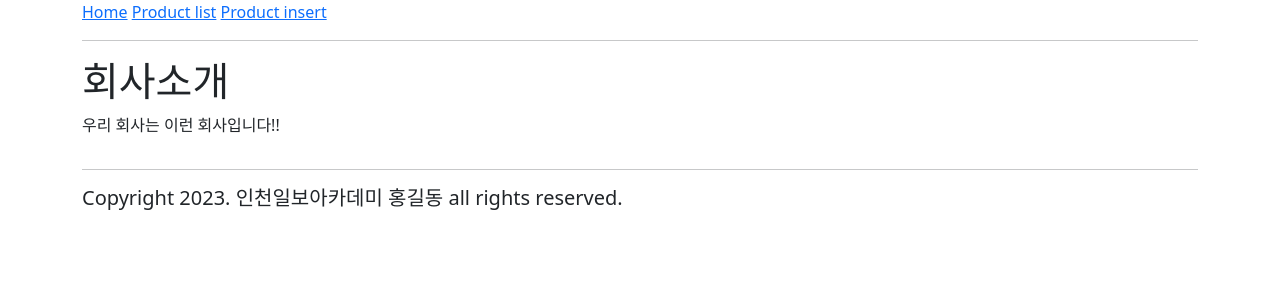
Repository: gwangso/web
Page: http://localhost/ex02/
The author's editor kept a copy of each file at every save. The page is drawn from the files as they stood at one save, then again after the next save.
The browser window is 1280 px wide. The pictures show the whole page.
The page is served by Tomcat 9.

Above is the page before, as saved 2023-07-25 00:42:01.

After the next save:
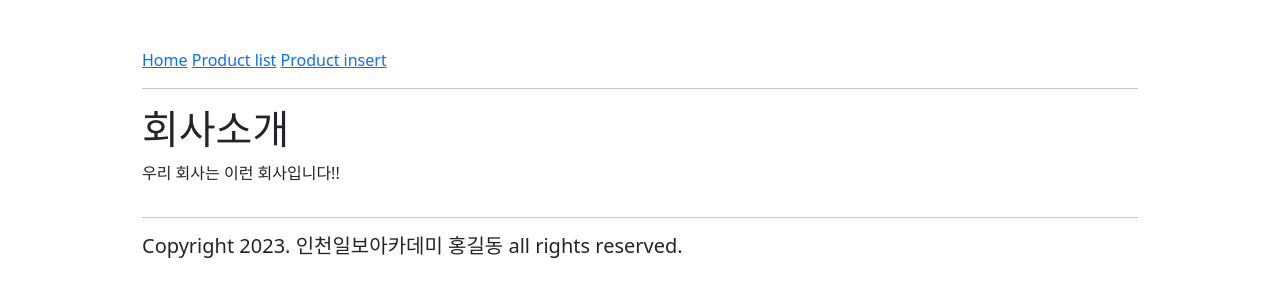
Saved 53 s later.
--- a/ex02/src/main/webapp/home.jsp
+++ b/ex02/src/main/webapp/home.jsp
@@ -15,7 +15,7 @@
 </head>
 <body>
 	<div class="container">
-		<div class="row">
+		<div class="row m-5">
 			<div class="col">
 				<!-- header -->
 				<jsp:include page="header.jsp"></jsp:include>
